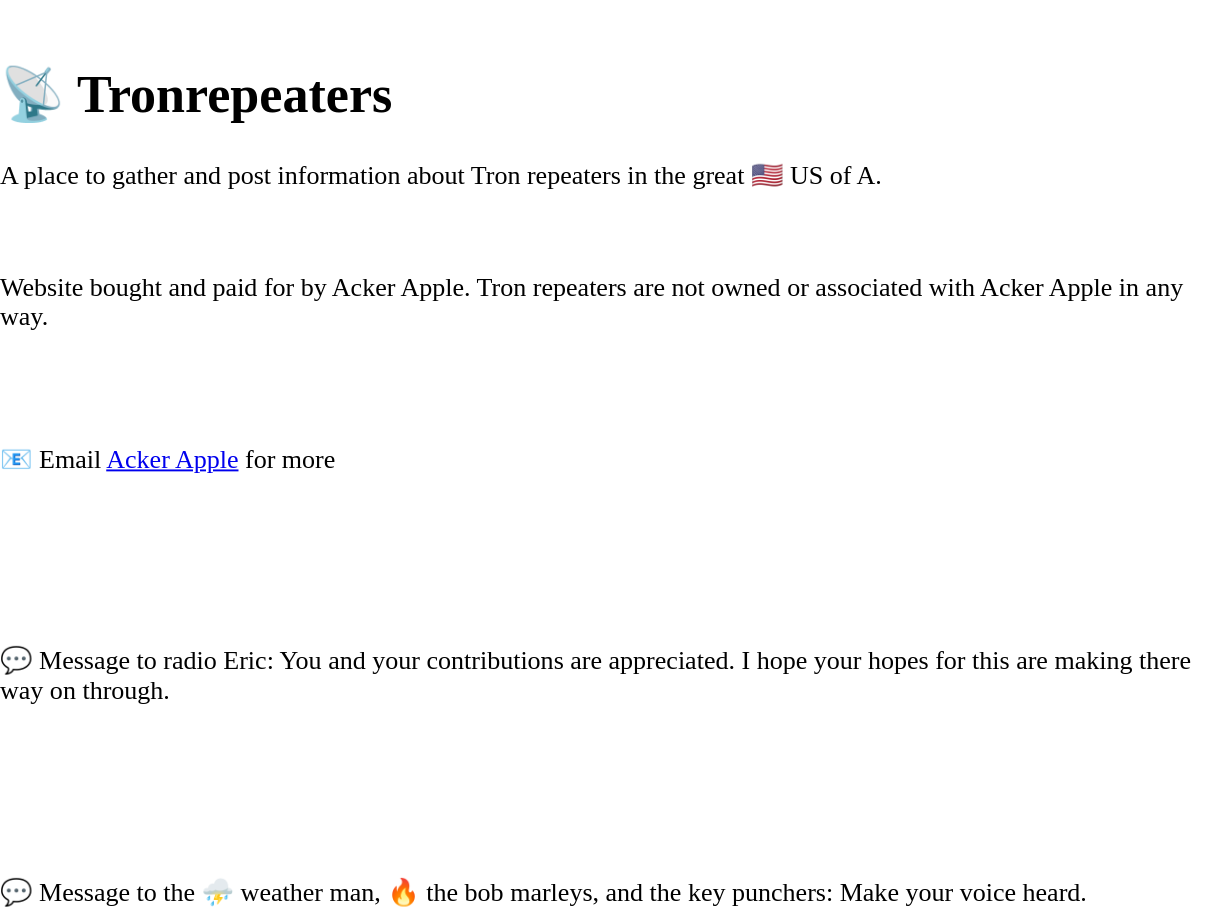
Repository: AckerApple/tronrepeaters
Page: index.html
The author's editor kept a copy of each file at every save. The page is drawn from the files as they stood at one save, then again after the next save.
The browser window is 1280 px wide. The pictures show the whole page, at 96% of full size.

Above is the page before, as saved 2025-01-15 13:49:35.

### index.html
<!DOCTYPE html>
<html lang="en">
<head>
  <title>App</title>
  <meta charset="UTF-8" />
  <meta name="viewport" content="viewport-fit=cover, width=device-width, initial-scale=1, maximum-scale=1, minimum-scale=1, user-scalable=0" />
  <meta name="apple-mobile-web-app-title" content="App" />
  <meta name="apple-mobile-web-app-capable" content="yes" />
  <meta name="apple-mobile-web-app-status-bar-style" content="black" />
  <!-- emoji as favicon -->
  <link rel="icon" href="data:[embedded picture, 141 characters]" />
  <style>
    * {box-sizing:border-box;}
    html, body{width:100%;height:100%;padding:0;margin:0;}
    html {scroll-behavior:smooth;font-size:calc(22px + .4vw);}
    input[type="checkbox"], input[type="radio"] {width:1em;height:1em;}
    select, textarea, button, input {padding:.5vw;border-radius:.5vw;font-size:.9em;}
    a, summary {cursor: pointer}
  </style>
</head>
<body>
  <noscript style="color:red">Javascript is required but is turned off on your device</noscript>
  <h1> 📡 Tronrepeaters</h1>
  <p>
    A place to gather and post information about Tron repeaters in the great 🇺🇸 US of A.
  </p>
  <br />
  <p>Website bought and paid for by Acker Apple. Tron repeaters are not owned or associated with Acker Apple in any way.</p>
  <br /><br />
  <p>📧 Email <a href="mailto:me@ackerapple.com?subject=TronRepeaters">Acker Apple</a> for more</p>
  <br /><br /><br /><br />
  <p>💬 Message to radio Eric: You and your contributions are appreciated. I hope your hopes for this are making there way on through.</p>
  <br /><br /><br /><br />
  <p>💬 Message to the ⛈️ weather man, 🔥 the bob marleys, and the key punchers: Make your voice heard.</p>
</body>
</html>

After the next save:
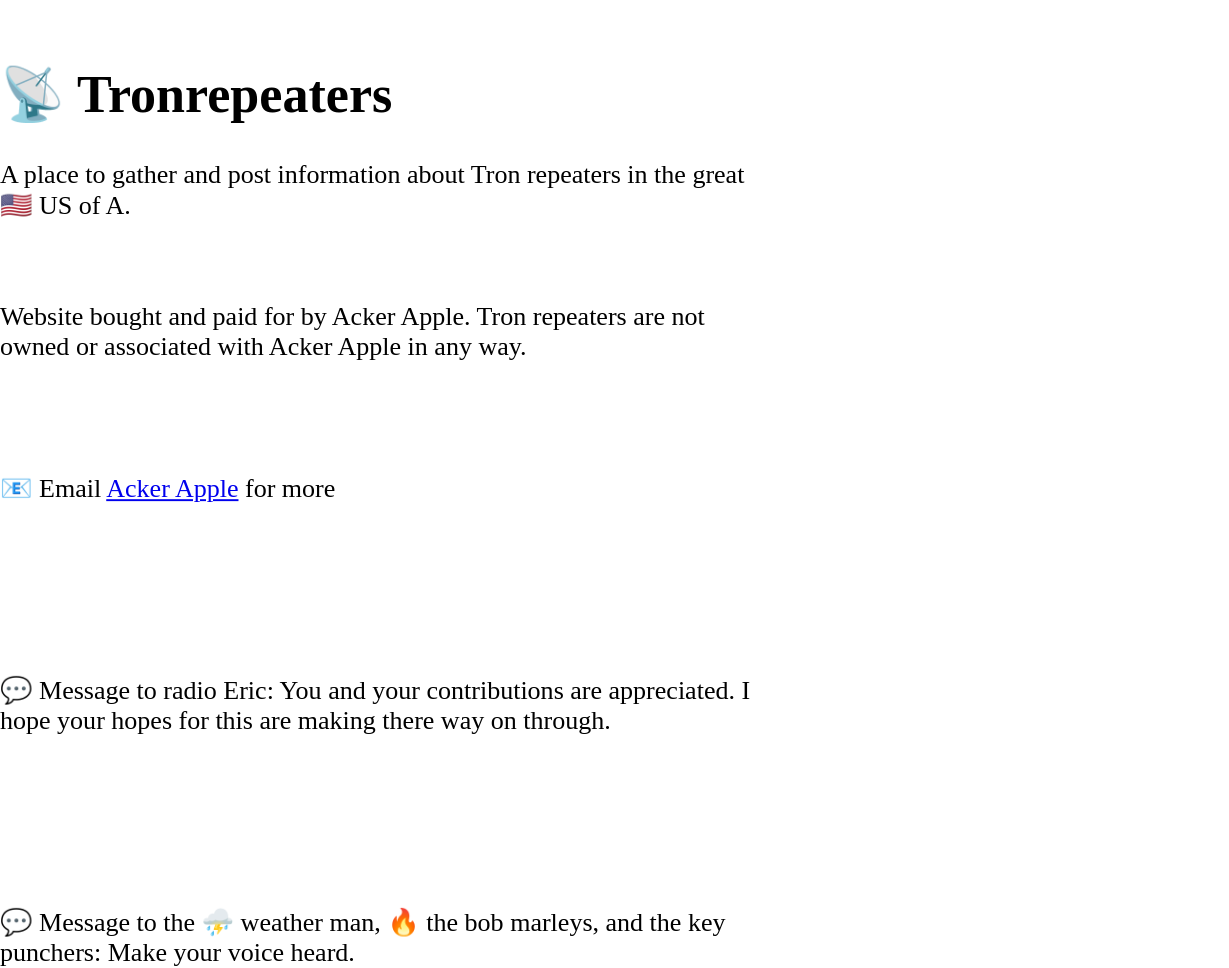
Saved 2 min 42 s later.
--- a/index.html
+++ b/index.html
@@ -20,17 +20,19 @@
 </head>
 <body>
   <noscript style="color:red">Javascript is required but is turned off on your device</noscript>
-  <h1> 📡 Tronrepeaters</h1>
-  <p>
-    A place to gather and post information about Tron repeaters in the great 🇺🇸 US of A.
-  </p>
-  <br />
-  <p>Website bought and paid for by Acker Apple. Tron repeaters are not owned or associated with Acker Apple in any way.</p>
-  <br /><br />
-  <p>📧 Email <a href="mailto:me@ackerapple.com?subject=TronRepeaters">Acker Apple</a> for more</p>
-  <br /><br /><br /><br />
-  <p>💬 Message to radio Eric: You and your contributions are appreciated. I hope your hopes for this are making there way on through.</p>
-  <br /><br /><br /><br />
-  <p>💬 Message to the ⛈️ weather man, 🔥 the bob marleys, and the key punchers: Make your voice heard.</p>
+  <div style="max-width: 800px;">
+    <h1> 📡 Tronrepeaters</h1>
+    <p>
+      A place to gather and post information about Tron repeaters in the great 🇺🇸 US of A.
+    </p>
+    <br />
+    <p>Website bought and paid for by Acker Apple. Tron repeaters are not owned or associated with Acker Apple in any way.</p>
+    <br /><br />
+    <p>📧 Email <a href="mailto:me@ackerapple.com?subject=TronRepeaters">Acker Apple</a> for more</p>
+    <br /><br /><br /><br />
+    <p>💬 Message to radio Eric: You and your contributions are appreciated. I hope your hopes for this are making there way on through.</p>
+    <br /><br /><br /><br />
+    <p>💬 Message to the ⛈️ weather man, 🔥 the bob marleys, and the key punchers: Make your voice heard.</p>
+  </div>
 </body>
 </html>
